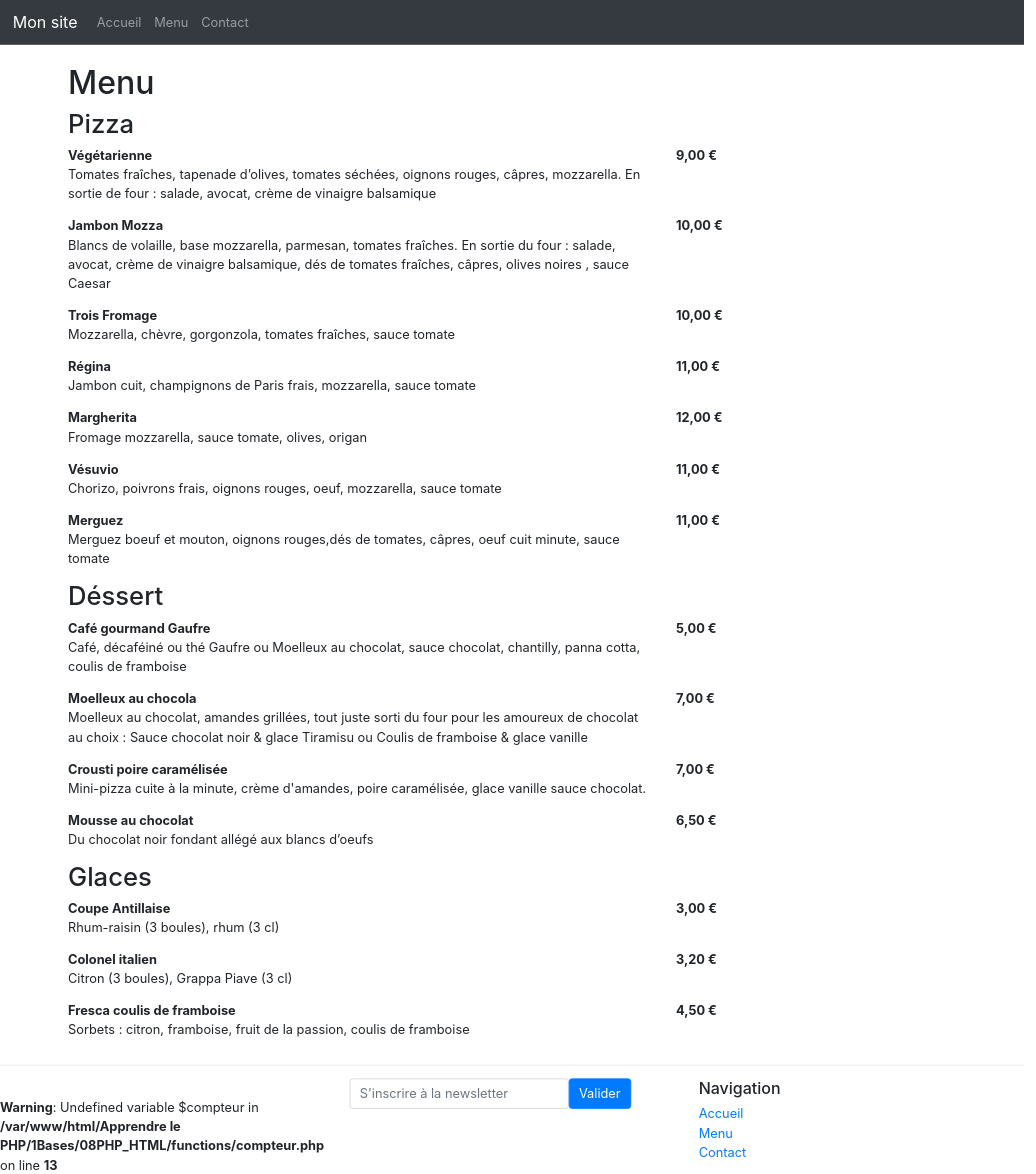
Repository: Alex-Serky/Back_End_PHP
Page: http://localhost/Apprendre le PHP/1Bases/08PHP_HTML/menu.php
An editor plug-in stored every save of this project. The page is shown before and after the next save, followed by the edit.
The browser window is 1280 px wide. The page is 1295 px wide, so the pictures cover 1295 px, including what lies to the right of the window. The pictures show the whole page, at 80% of full size.
The page is run by PHP 8.4 with error messages shown; the project is at /var/www/html/.

Above is the page before, as saved 2020-07-25 10:09:51.

After the next save:
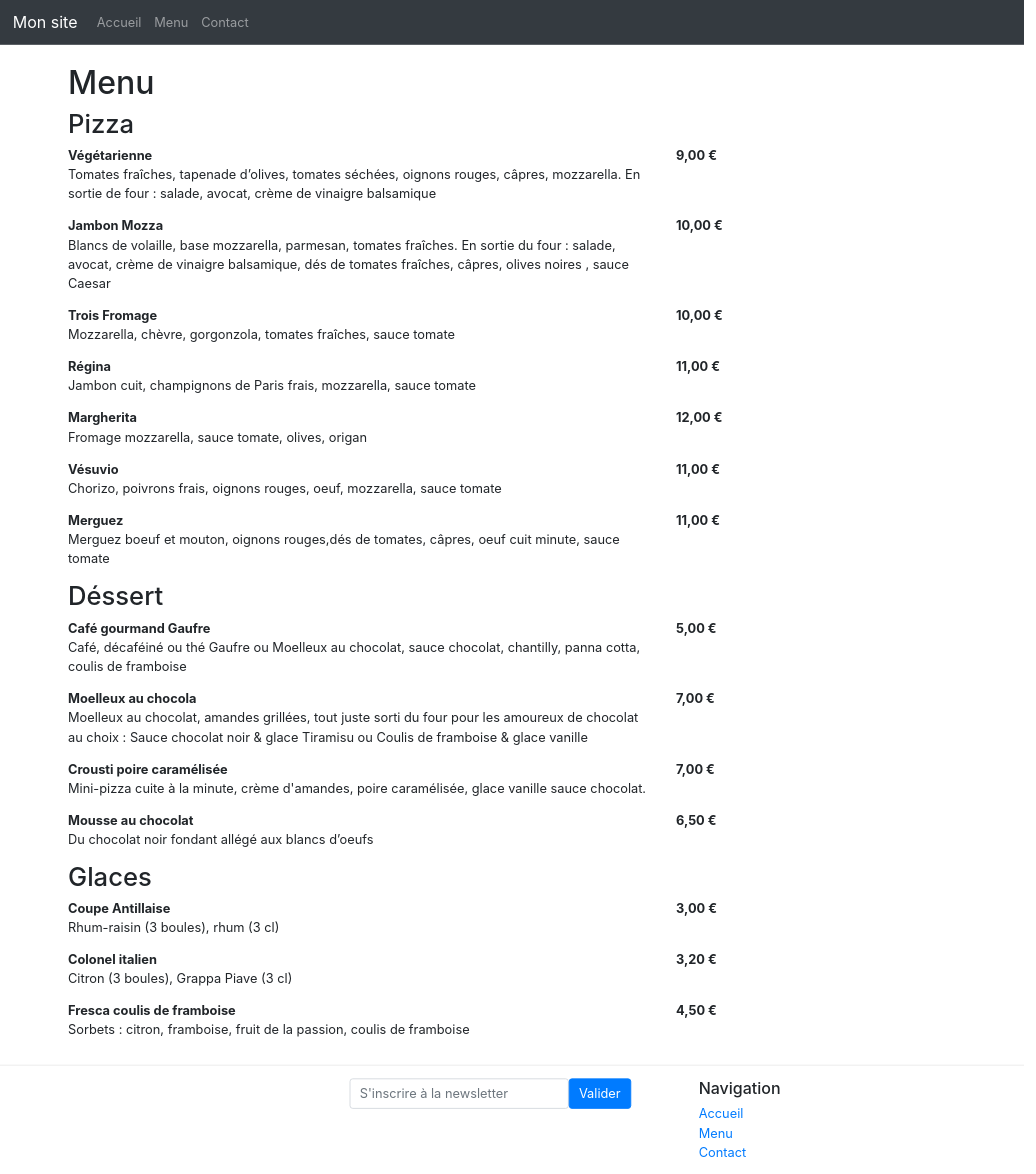
Saved 15 min 34 s later.
--- a/Apprendre le PHP/1Bases/08PHP_HTML/functions/compteur.php
+++ b/Apprendre le PHP/1Bases/08PHP_HTML/functions/compteur.php
@@ -3,6 +3,18 @@
 function ajouter_vue(){
     // Le chemin qui mène au compteur
     $fichier = dirname(__DIR__) . DIRECTORY_SEPARATOR . 'data' . DIRECTORY_SEPARATOR . 'compteur';
+
+    if (file_exists($fichier)) {
+        // Si le fichier existe, on incrémente
+        $compteur =  (int)file_get_contents($fichier);
+        $compteur++;
+        file_put_contents($fichier, $compteur);
+    }else{
+        // Sinon, on crée le fichier avec la valeur 1
+        file_put_contents($fichier, 1);
+    }
+
+    /*
     $fichier = 1; // on initialise le fichier avec la valeur 1
 
     if(file_exists($fichier)){
@@ -11,4 +23,5 @@ function ajouter_vue(){
         $compteur++;
     }
     file_put_contents($fichier, $compteur);
+    */
 }
